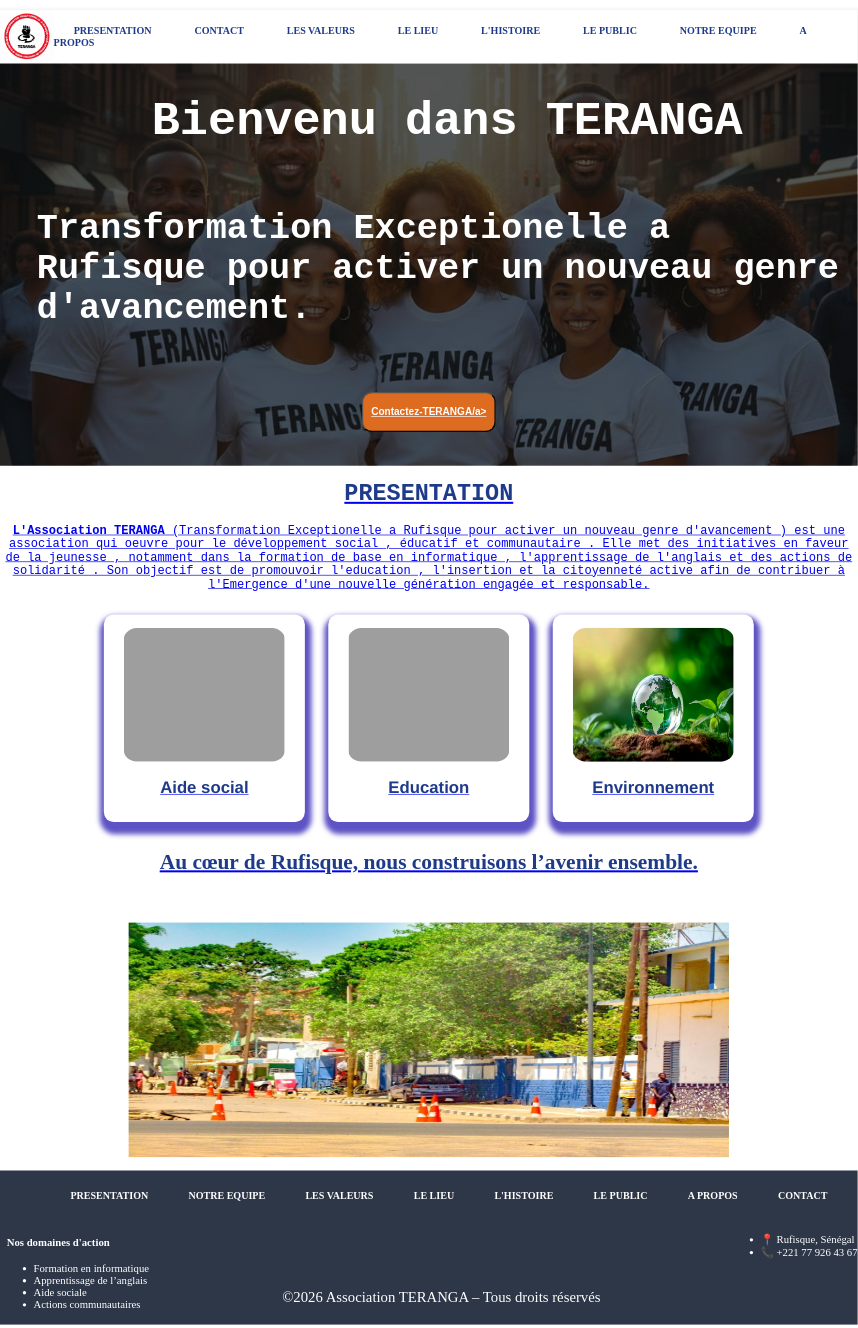
Repository: assanendao171/projet-teranga
Page: presentation.html
An editor plug-in stored every save of this project. The page is shown before and after the next save, followed by the edit.
The browser window is 1280 px wide. The pictures show the whole page, at 67% of full size.
Pictures or frames that could not be fetched are drawn as grey boxes.

Above is the page before, as saved 2026-02-12 09:52:38.

After the next save:
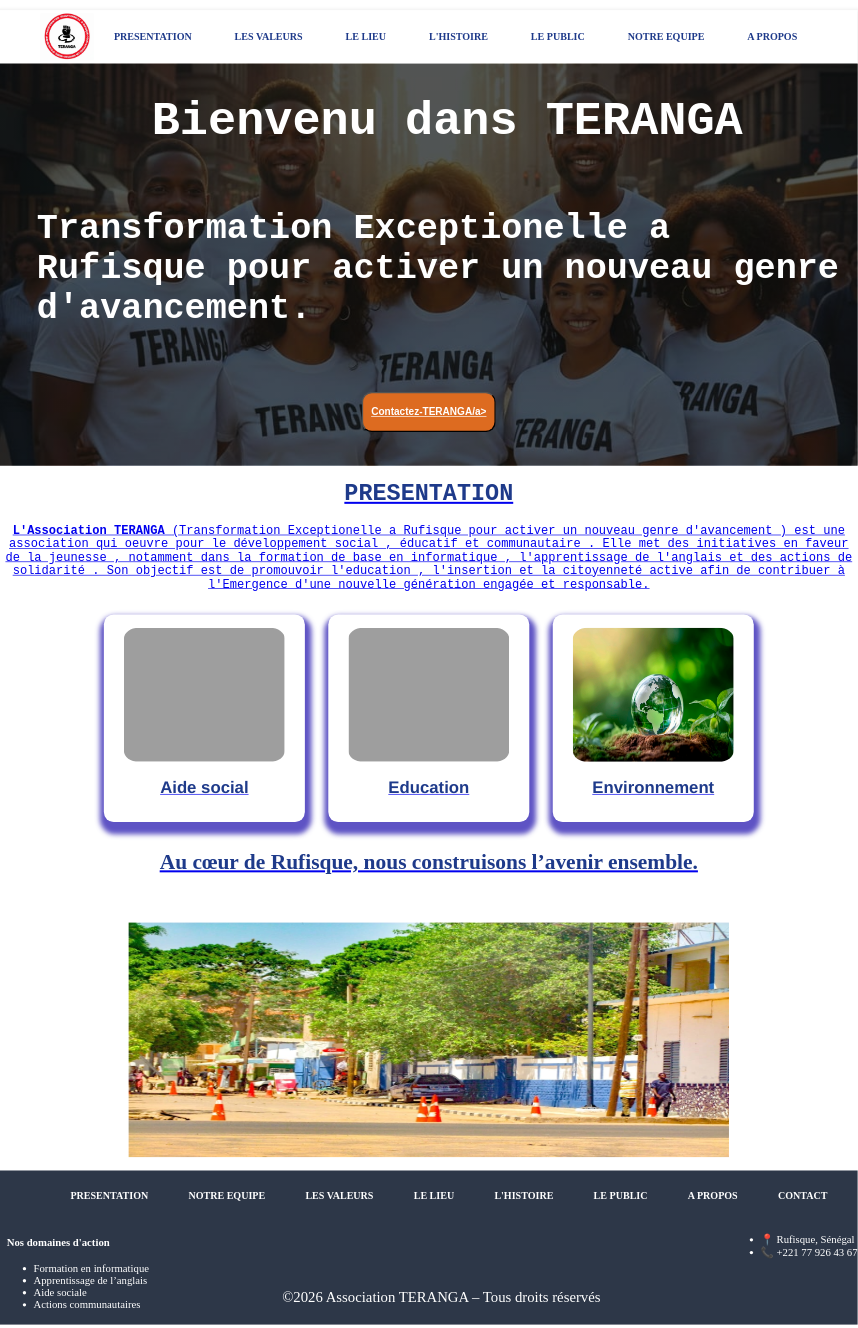
Saved 23 s later.
--- a/presentation.html
+++ b/presentation.html
@@ -14,7 +14,6 @@
       <div class="btn-nav">
         <nav>
           <a href="presentation.html" target="_blank">PRESENTATION</a>
-          <a href="contact.html" target="_blank">CONTACT</a>
           <a href="valeur.html" target="_blank">LES VALEURS</a>
           <a href="lieu.html" target="_blank">LE LIEU</a>
           <a href="histoire.html" target="_blank">L'HISTOIRE</a>
